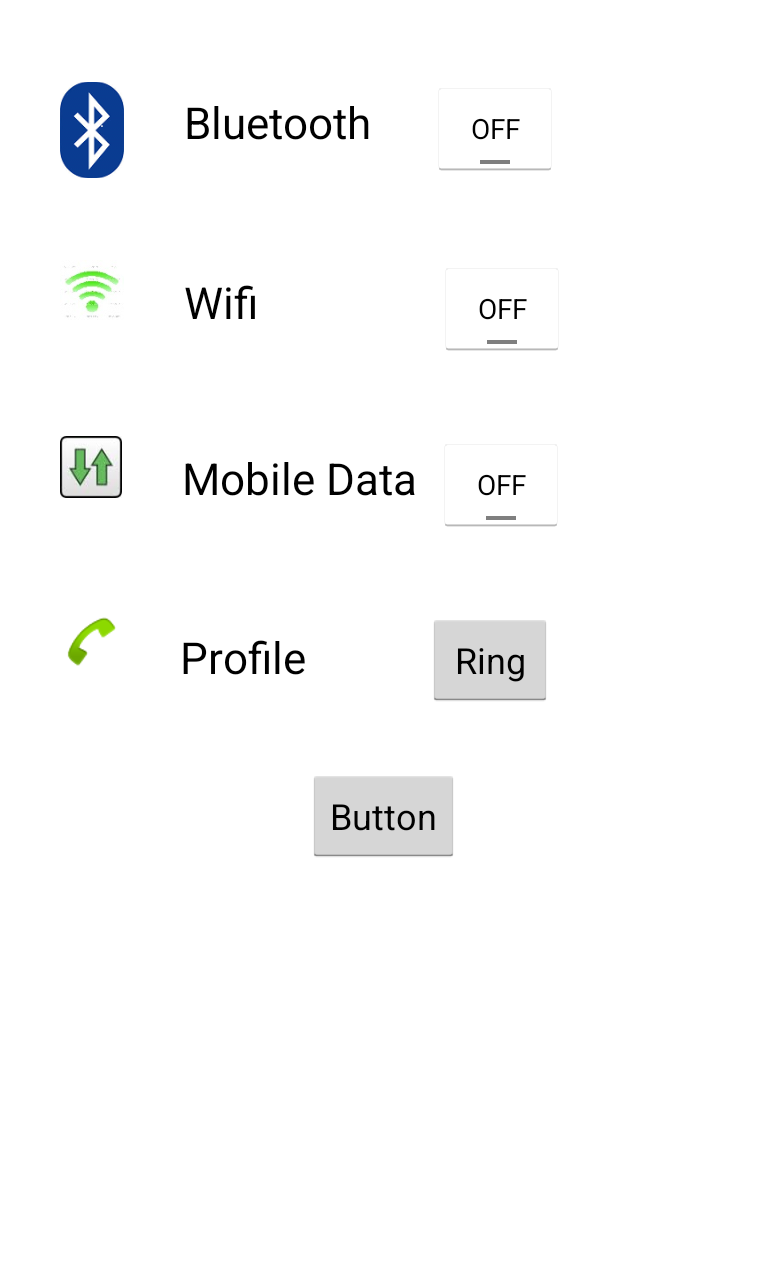
Repository: born2behappy18/meetingMiliue
Layout: MeetingMileu/res/layout/toggle.xml
An editor plug-in stored every save of this project. The layout is shown before and after the next save, followed by the edit.
It is drawn on a 768 x 1280 px phone screen (xhdpi) without system bars, with theme AppTheme; the app's code is not run.

Above is the layout before, as saved 2015-10-13 10:57:34.

After the next save:
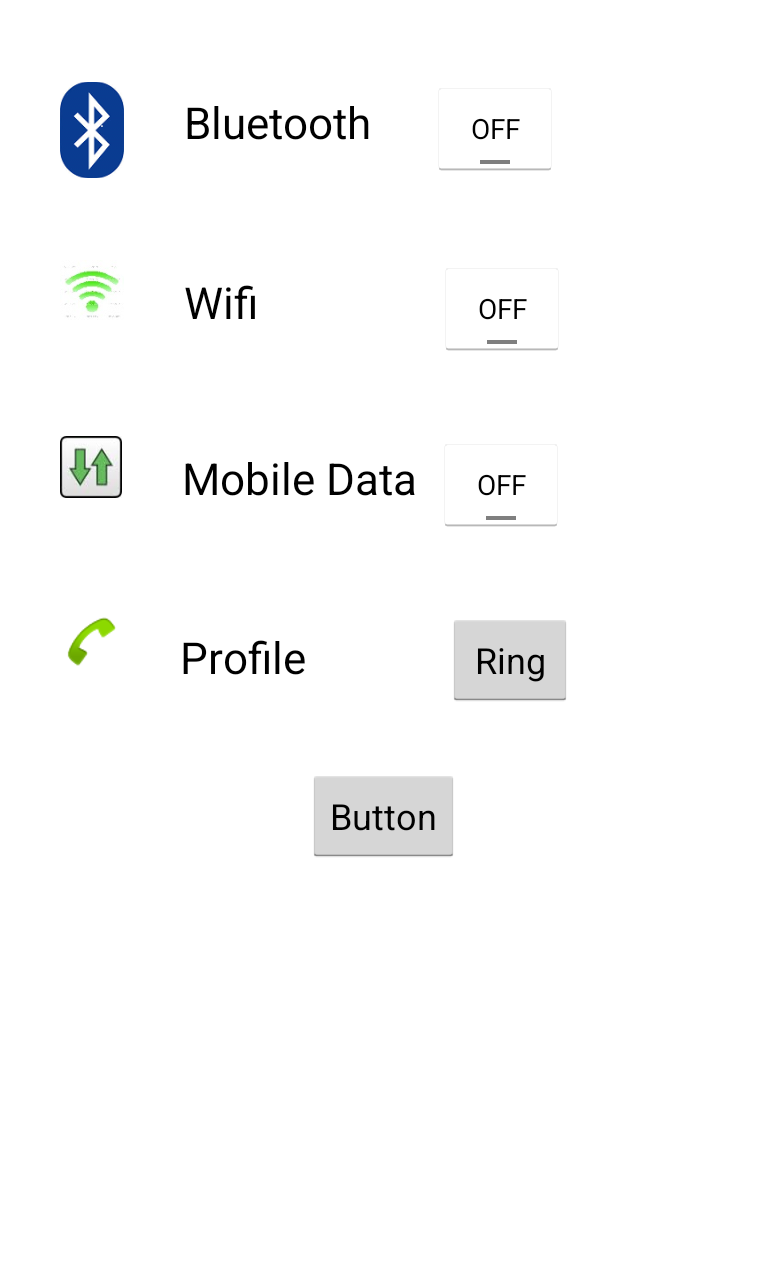
Saved 12 s later.
--- a/MeetingMileu/res/layout/toggle.xml
+++ b/MeetingMileu/res/layout/toggle.xml
@@ -114,7 +114,7 @@
         android:layout_width="wrap_content"
         android:layout_height="wrap_content"
         android:text="Ring"
-        android:layout_marginLeft="60dp"/>
+        android:layout_marginLeft="70dp"/>
 </LinearLayout>
     <Button
         android:id="@+id/button5"
